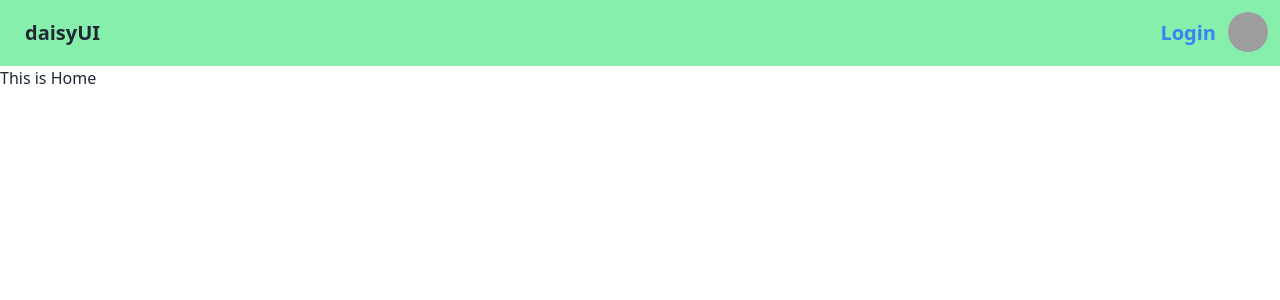
Repository: mohamedk98/Sparrow
Page: / (app in client/)
An editor plug-in stored every save of this project. The page is shown before and after a run of saves, followed by the edit.
The browser window is 1280 px wide. The pictures show the whole page.
Pictures or frames that could not be fetched are drawn as grey boxes. The project was rebuilt for these pictures with package versions that can differ from the ones it lists, and the page was loaded fresh each time. Also part of the build but not shown: client/src/App.css, client/src/pages/Login.js.

Above is the page before, as saved 2022-06-27 13:59:44.

After the next 2 saves:
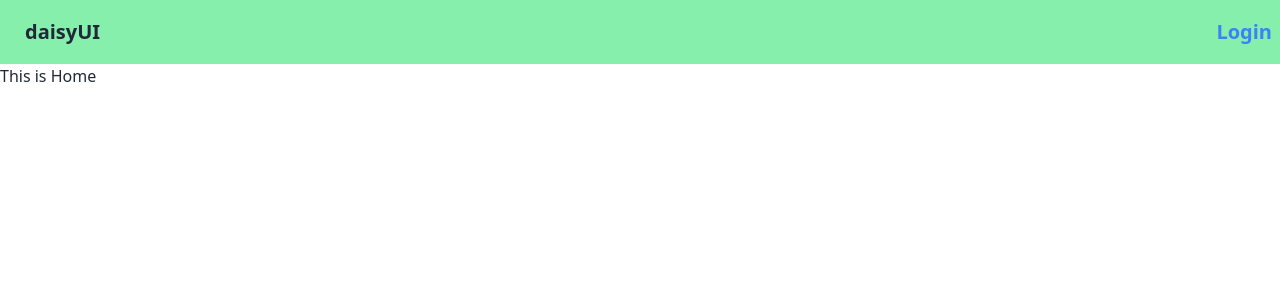
The 2 saves are shown as one change because they came seconds apart.
The last was saved 11 s later.
--- a/client/src/components/Header.js
+++ b/client/src/components/Header.js
@@ -15,7 +15,7 @@
         <div className="form-control">
       <Link to={"/login"} className="text-blue-500 text-xl font-bold">Login</Link>
         </div>
-        {authState != null && (  <div className="dropdown dropdown-end">
+        {authState == {} && (  <div className="dropdown dropdown-end">
           <label tabIndex="0" className="btn btn-ghost btn-circle avatar">
             <div className="w-10 rounded-full">
               <img src="https://api.lorem.space/image/face?hash=33791" />

After the 2 saves that followed:
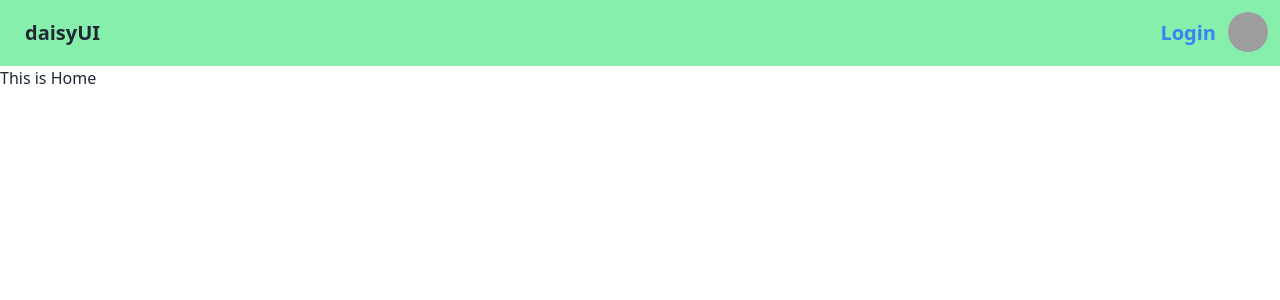
The 2 saves are shown as one change because 1 left the picture as it was.
The last was saved 26 s later.
--- a/client/src/components/Header.js
+++ b/client/src/components/Header.js
@@ -15,7 +15,7 @@
         <div className="form-control">
       <Link to={"/login"} className="text-blue-500 text-xl font-bold">Login</Link>
         </div>
-        {authState == {} && (  <div className="dropdown dropdown-end">
+        {authState !== {} && (  <div className="dropdown dropdown-end">
           <label tabIndex="0" className="btn btn-ghost btn-circle avatar">
             <div className="w-10 rounded-full">
               <img src="https://api.lorem.space/image/face?hash=33791" />
